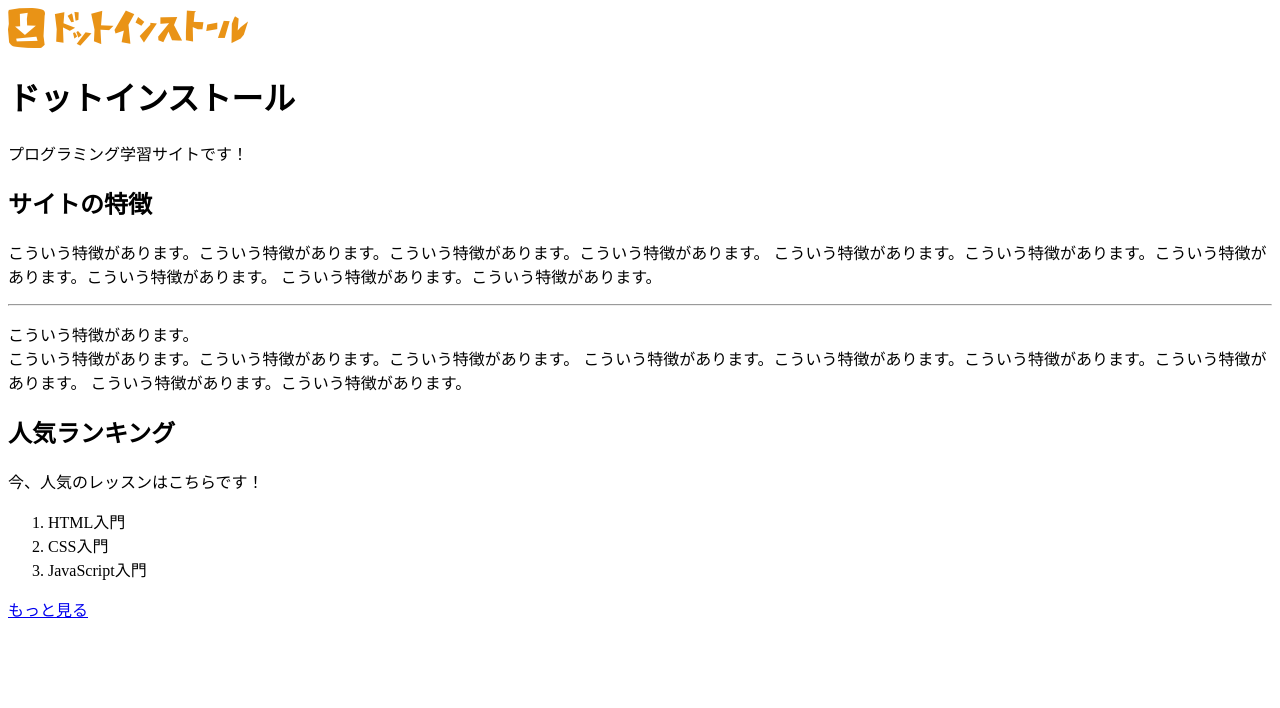
Repository: kojimayu/dotinstall-html
Page: index.html
An editor plug-in stored every save of this project. The page is shown before and after the next save, followed by the edit.
The browser window is 1280 px wide. The pictures show the whole page.

Above is the page before, as saved 2019-04-04 17:31:56.

After the next save:
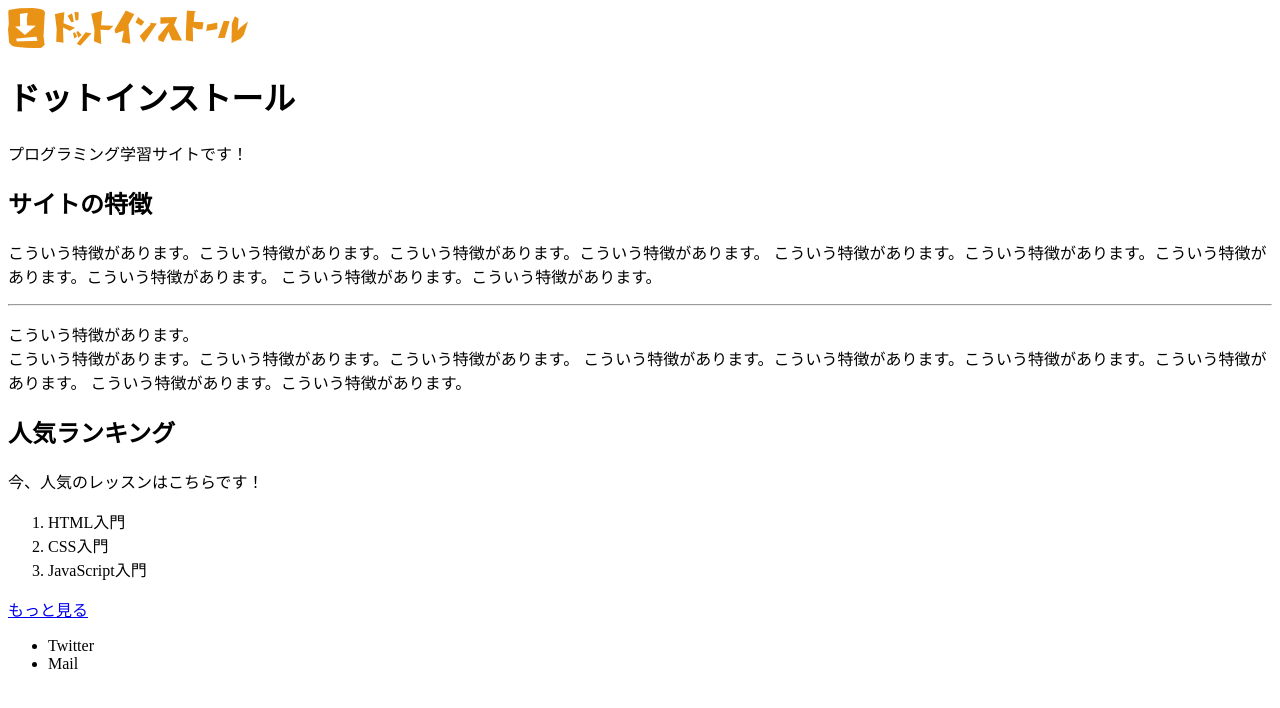
Saved 4 min 8 s later.
--- a/index.html
+++ b/index.html
@@ -33,6 +33,11 @@
     </ol>
     <p><a href="more_lessons.html">もっと見る</a></p>
 
+    <ul>
+        <li>Twitter</li>
+        <li>Mail</li>
+    </ul>
+
 </body>
 
 </html>
